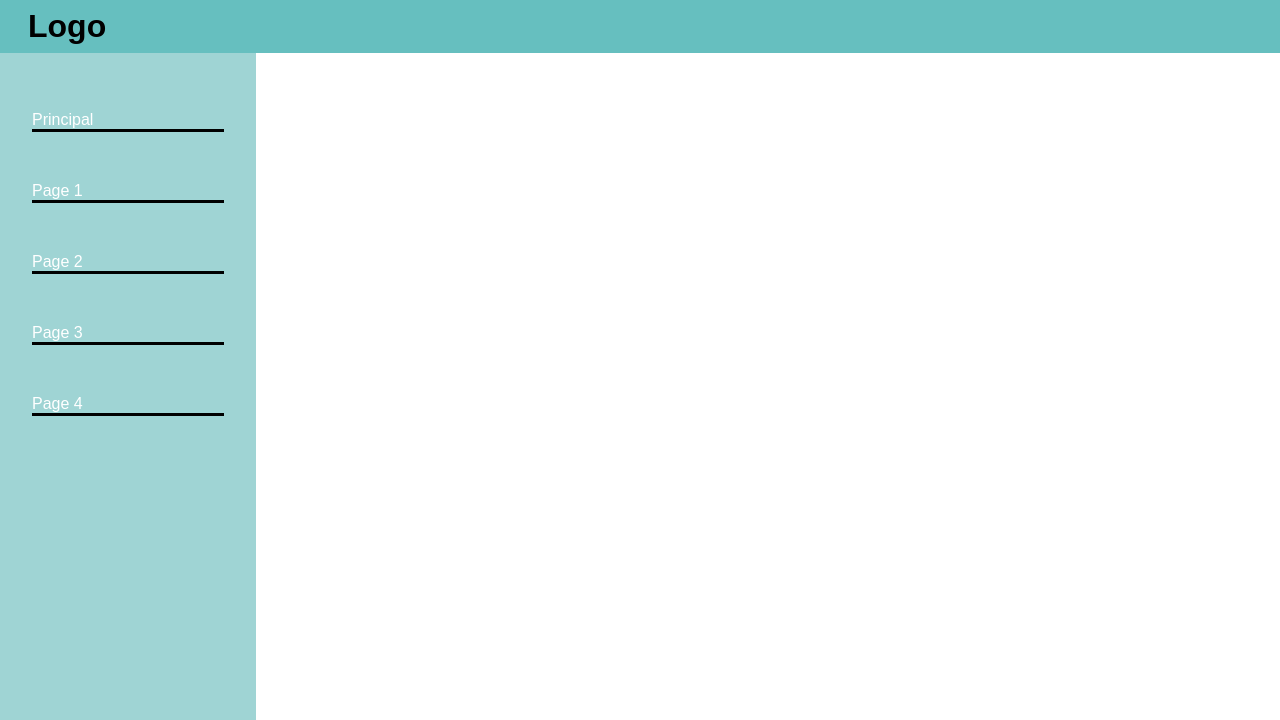
Repository: mateus-henrique-silva/Dashboard-pixel-facebook-react
Page: / (app in dashboard-pixel/)
These files come from the project's save history. The page is drawn as it stood at one moment and after the next save; the edit follows.
The browser window is 1280 px wide. The pictures show the whole page.
The project was rebuilt for these pictures with package versions that can differ from the ones it lists, and the page was loaded fresh each time.

Above is the page before, as saved 2022-07-07 17:53:32.

### dashboard-pixel/src/index.js
import React from "react";
import ReactDOM from "react-dom/client";

import App from "./App";
import reportWebVitals from "./reportWebVitals";

const root = ReactDOM.createRoot(document.getElementById("root"));
root.render(
  <React.StrictMode>
    <App />
  </React.StrictMode>
);

reportWebVitals();

### dashboard-pixel/src/App.jsx
import React from "react";
import Main from "./Components/MainPage/Main";



function App() {
  return (
    <div >
        <Main/>


    </div>
  );
}

export default App;

### dashboard-pixel/src/Components/MainPage/Main.jsx
import React from 'react'
import './Main.css'
import Header from '../Header/Header'
import SideBar from "../SideBar/SideBar"

const Main = () => {
  return (
    <div className="Main">
        <Header/>
        <SideBar/>
    </div>
  )
}

export default Main

### dashboard-pixel/src/Components/MainPage/Main.css
* {
  border: 0;
  margin: 0;
  font-family: sans-serif;
  overflow-y: hidden;
}

.Main {
  width: 100%;
  height: 100vh;
}
.startHeader{
    width: 100%;
    display: flex;
    justify-content: center;
}

### dashboard-pixel/src/Components/Header/Header.jsx
import React from 'react'
import "./Header.css"

const Header = () => {
  return (
    <div className="startHeader">

        <div className="Header">
            <h1>Logo</h1>
        </div>

    </div>
  )
}

export default Header

### dashboard-pixel/src/Components/SideBar/SideBar.jsx
import React from "react";
import "./SideBar.css";

const SideBar = () => {
  return (
    <div>
      <div className="div-sidebar">
        <div className="Menu-tag">
          <div><a href="#">Principal</a></div>
          <div><a href="#">Page 1</a></div>
          <div><a href="#">Page 2</a></div>
          <div><a href="#">Page 3</a></div>
          <div><a href="#">Page 4</a></div>
        </div>
      </div>
    </div>
  );
};

export default SideBar;

### dashboard-pixel/src/Components/Header/Header.css
.Header{
    width: 99vw;
    padding: 0.5em 0.5em ;
    background-color:#66BFBF;
    display:flex;
    align-items:center;




}

.Header h1{
    margin-left: 20px;
}

### dashboard-pixel/src/Components/SideBar/SideBar.css
.div-sidebar {
  height: 100vh;
  width: 20vw;
  background-color: #9fd4d4;
  display: grid;
}

.Menu-tag {
  height: 100%;
  padding: 0.5em 2em;
}

.Menu-tag div {
  margin-top:50px;
  border-bottom: 3px solid ;}

.Menu-tag div a {
    text-decoration: none;
    color:white;
  }

Loaded but not shown: dashboard-pixel/public/index.html (common file); dashboard-pixel/src/reportWebVitals.js (common file)

After the next save:
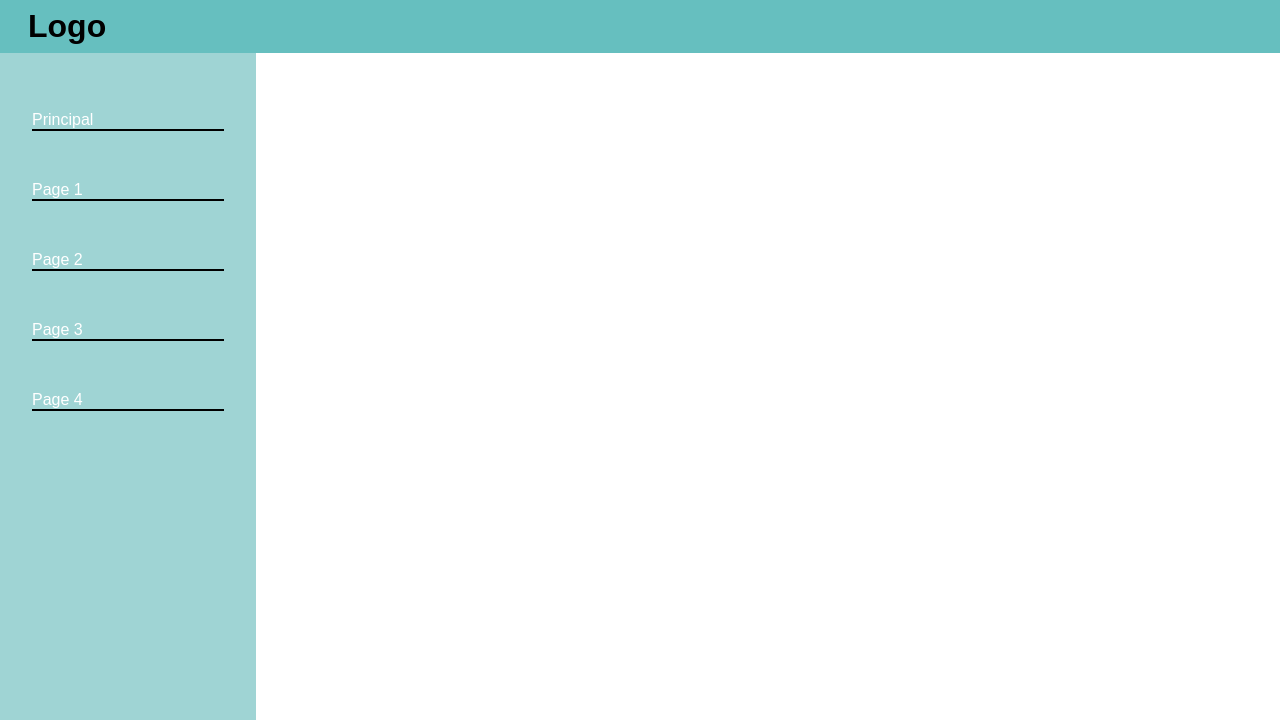
Saved 11 s later.
--- a/dashboard-pixel/src/Components/SideBar/SideBar.css
+++ b/dashboard-pixel/src/Components/SideBar/SideBar.css
@@ -12,7 +12,7 @@
 
 .Menu-tag div {
   margin-top:50px;
-  border-bottom: 3px solid ;}
+  border-bottom: 2px solid ;}
 
 .Menu-tag div a {
     text-decoration: none;
